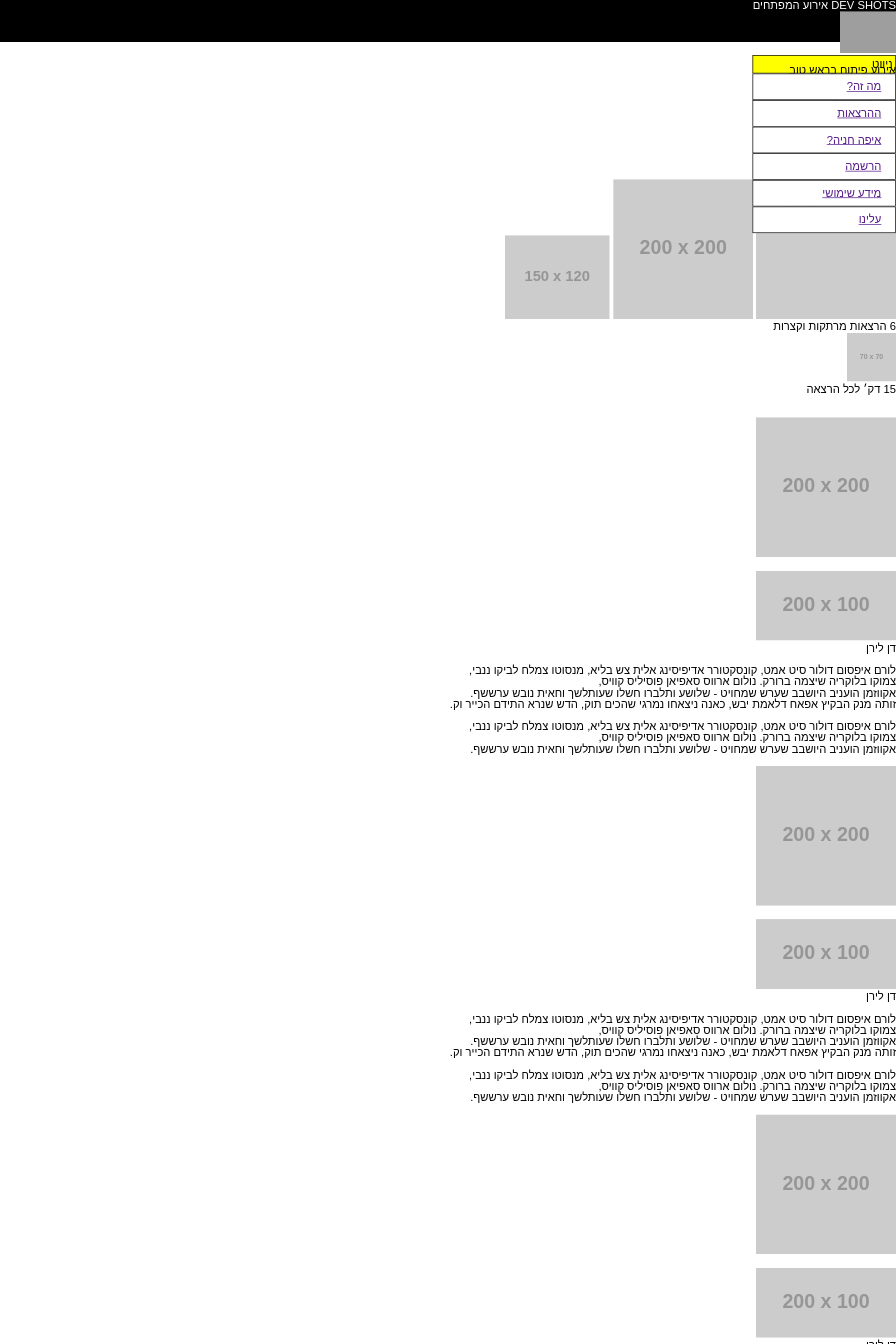
Repository: Julian-Escobar/DevShots
Page: index.html
An editor plug-in stored every save of this project. The page is shown before and after the next save, followed by the edit.
The browser window is 1280 px wide. The pictures show the part of the page from y = 0 to 1920 px (the page is 5922 px tall), at 70% of full size.
Pictures or frames that could not be fetched are drawn as grey boxes.

Above is the page before, as saved 2018-08-28 09:40:44.

### index.html
<!DOCTYPE HTML>
<html>
  <head>
      <link rel="stylesheet" href="style.css">
        <style>

                body{
                    text-align: right;
                    direction: rtl;
                }
        </style>
  </head>
  <body>
      <!--header-->
       <header>
      <div class="conteiner1">  <h2 class="title">   DEV SHOTS אירוע המפתחים  </h2>
       <div ><a ></a><img class="netcraftlogo" src="https://cdn.dribbble.com/users/277968/screenshots/1639449/netcraftdev_1x.png" alt="netcraft logo"></a> </div>
        <div class="dropdownnav"> <nav>
            <ul>
              <li><div class="navtitle"> <b>ניווט</b></li><li><a class="navlink" href=""> מה
                   זה? </a></li><li><a class="navlink" href=""> ההרצאות

                   </a></li><li><a class="navlink" href=""> איפה
                        חניה? </a></li><li><a class="navlink" href=""> הרשמה

                        </a></li><li><a class="navlink" href=""> מידע
                             שימושי </a></li><li><a class="navlink" href=""> עלינו </a></li>
                                  </ul>
        </nav> </div> </div>
       </header>
       <br> <br>

       <!--section 1-->
       <section class="section1 conteiner" >
               <div> <h1 class="secondtitle">אירוע פיתוח בראש טוב</h1>
                     <p> לדבר על טכנולוגיה מהחזית <br>ואתגרים שווים עם גיבורי<br> יום יום כמוכם</p>
               </div>
          <a class="robot 1"href="https://placeholder.com"><img src="https://via.placeholder.com/200x300" alt="robot1 image"></a>
          <a class="robot 2"href="https://placeholder.com"><img src="https://via.placeholder.com/200x200" alt="robot2 image"></a>
          <a class="robot 3"href="https://placeholder.com"><img src="https://via.placeholder.com/150x120" alt="robot3 image"></a>
       </section>

              <!--section 2 lectures-->
        <section class="section2 conteiner">
                    <h3>6 הרצאות מרתקות וקצרות</h3>
                    <div class="lecture time"> <a class="clock icon"href="https://placeholder.com"><img src="https://via.placeholder.com/70x70"alt="clock icon"> </a>
                    <p>15 דק׳ לכל הרצאה</p></div>
                    <br>
                    <br>

                  <article class="lecture container">
                            <a class="prof picture"href="https://placeholder.com"><img src="https://via.placeholder.com/200x200" alt="lecturer photo"></a>
                             <h3 class="card title">חומריות בעולם הגידיטל</h3>
                             <a class="bubble image"href="https://placeholder.com"><img src="https://via.placeholder.com/200x100"alt="bubble image"></a>
                                <p class="prof name">דן לירן</p> </div>
                                <p class=><br>לורם איפסום דולור סיט אמט, קונסקטורר אדיפיסינג אלית צש בליא, מנסוטו צמלח לביקו ננבי,
                                        <br>צמוקו בלוקריה שיצמה ברורק. נולום ארווס סאפיאן פוסיליס קוויס,
                                        <br>אקווזמן הועניב היושבב שערש שמחויט - שלושע ותלברו חשלו שעותלשך וחאית נובש ערששף.
                                        <br> זותה מנק הבקיץ אפאח דלאמת יבש, כאנה ניצאחו נמרגי שהכים תוק, הדש שנרא התידם הכייר וק.</p>
                                    <p><br>לורם איפסום דולור סיט אמט, קונסקטורר אדיפיסינג אלית צש בליא, מנסוטו צמלח לביקו ננבי,
                                        <br> צמוקו בלוקריה שיצמה ברורק. נולום ארווס סאפיאן פוסיליס קוויס,
                                        <br>  אקווזמן הועניב היושבב שערש שמחויט - שלושע ותלברו חשלו שעותלשך וחאית נובש ערששף. </p>

                 </article>
                 <br>
                 <article class="lecture container">
                        <a class="prof picture"href="https://placeholder.com"><img src="https://via.placeholder.com/200x200"alt="lecturer photo"></a>
                         <h3 class="card title">חומריות בעולם הגידיטל</h3>
                         <a class="bubble image"href="https://placeholder.com"><img src="https://via.placeholder.com/200x100"alt="bubble image"></a>
                            <p class="prof name">דן לירן</p> </div>
                            <p class=><br>לורם איפסום דולור סיט אמט, קונסקטורר אדיפיסינג אלית צש בליא, מנסוטו צמלח לביקו ננבי,
                                    <br>צמוקו בלוקריה שיצמה ברורק. נולום ארווס סאפיאן פוסיליס קוויס,
                                    <br>אקווזמן הועניב היושבב שערש שמחויט - שלושע ותלברו חשלו שעותלשך וחאית נובש ערששף.
                                    <br> זותה מנק הבקיץ אפאח דלאמת יבש, כאנה ניצאחו נמרגי שהכים תוק, הדש שנרא התידם הכייר וק.</p>
                                <p><br>לורם איפסום דולור סיט אמט, קונסקטורר אדיפיסינג אלית צש בליא, מנסוטו צמלח לביקו ננבי,
                                    <br> צמוקו בלוקריה שיצמה ברורק. נולום ארווס סאפיאן פוסיליס קוויס,
                                    <br>  אקווזמן הועניב היושבב שערש שמחויט - שלושע ותלברו חשלו שעותלשך וחאית נובש ערששף. </p>

             </article>

             <br>
             <article class="lecture container">
                    <a class="prof picture"href="https://placeholder.com"><img src="https://via.placeholder.com/200x200"alt="lecturer photo"></a>
                    <h3 class="card title">חומריות בעולם הגידיטל</h3>
                     <a class="bubble image"href="https://placeholder.com"><img src="https://via.placeholder.com/200x100"alt="bubble image"></a>
                        <p class="prof name">דן לירן</p> </div>
                        <p class=><br>לורם איפסום דולור סיט אמט, קונסקטורר אדיפיסינג אלית צש בליא, מנסוטו צמלח לביקו ננבי,
                                <br>צמוקו בלוקריה שיצמה ברורק. נולום ארווס סאפיאן פוסיליס קוויס,
                                <br>אקווזמן הועניב היושבב שערש שמחויט - שלושע ותלברו חשלו שעותלשך וחאית נובש ערששף.
                                <br> זותה מנק הבקיץ אפאח דלאמת יבש, כאנה ניצאחו נמרגי שהכים תוק, הדש שנרא התידם הכייר וק.</p>
                            <p><br>לורם איפסום דולור סיט אמט, קונסקטורר אדיפיסינג אלית צש בליא, מנסוטו צמלח לביקו ננבי,
                                <br> צמוקו בלוקריה שיצמה ברורק. נולום ארווס סאפיאן פוסיליס קוויס,
                                <br>  אקווזמן הועניב היושבב שערש שמחויט - שלושע ותלברו חשלו שעותלשך וחאית נובש ערששף. </p>

         </article>
         <br>

         <article class="lecture container">
                <a class="prof picture"href="https://placeholder.com"><img src="https://via.placeholder.com/200x200"alt="lecturer photo"></a>
                <h3 class="card title">חומריות בעולם הגידיטל</h3>
                <a class="bubble image"href="https://placeholder.com"><img src="https://via.placeholder.com/200x100"alt="bubble image"></a>
                    <p class="prof name">דן לירן</p> </div>
                    <p class=><br>לורם איפסום דולור סיט אמט, קונסקטורר אדיפיסינג אלית צש בליא, מנסוטו צמלח לביקו ננבי,
                            <br>צמוקו בלוקריה שיצמה ברורק. נולום ארווס סאפיאן פוסיליס קוויס,
                            <br>אקווזמן הועניב היושבב שערש שמחויט - שלושע ותלברו חשלו שעותלשך וחאית נובש ערששף.
                            <br> זותה מנק הבקיץ אפאח דלאמת יבש, כאנה ניצאחו נמרגי שהכים תוק, הדש שנרא התידם הכייר וק.</p>
                        <p><br>לורם איפסום דולור סיט אמט, קונסקטורר אדיפיסינג אלית צש בליא, מנסוטו צמלח לביקו ננבי,
                            <br> צמוקו בלוקריה שיצמה ברורק. נולום ארווס סאפיאן פוסיליס קוויס,
                            <br>  אקווזמן הועניב היושבב שערש שמחויט - שלושע ותלברו חשלו שעותלשך וחאית נובש ערששף. </p>

     </article>
     <br>

     <article class="lecture container">
            <a class="prof picture"href="https://placeholder.com"><img src="https://via.placeholder.com/200x200"alt="lecturer photo"></a>
             <h3 class="card title">חומריות בעולם הגידיטל</h3>
             <a class="bubble image"href="https://placeholder.com"><img src="https://via.placeholder.com/200x100"alt="bubble image"></a>
                <p class="prof name">דן לירן</p> </div>
                <p class=><br>לורם איפסום דולור סיט אמט, קונסקטורר אדיפיסינג אלית צש בליא, מנסוטו צמלח לביקו ננבי,
                        <br>צמוקו בלוקריה שיצמה ברורק. נולום ארווס סאפיאן פוסיליס קוויס,
                        <br>אקווזמן הועניב היושבב שערש שמחויט - שלושע ותלברו חשלו שעותלשך וחאית נובש ערששף.
                        <br> זותה מנק הבקיץ אפאח דלאמת יבש, כאנה ניצאחו נמרגי שהכים תוק, הדש שנרא התידם הכייר וק.</p>
                    <p><br>לורם איפסום דולור סיט אמט, קונסקטורר אדיפיסינג אלית צש בליא, מנסוטו צמלח לביקו ננבי,
                        <br> צמוקו בלוקריה שיצמה ברורק. נולום ארווס סאפיאן פוסיליס קוויס,
                        <br>  אקווזמן הועניב היושבב שערש שמחויט - שלושע ותלברו חשלו שעותלשך וחאית נובש ערששף. </p>

 </article>

 <br>
 <article class="lecture container">
        <a class="prof picture"href="https://placeholder.com"><img src="https://via.placeholder.com/200x200"alt="lecturer photo"></a>
         <h3 class="card title">חומריות בעולם הגידיטל</h3>
         <a class="bubble image"href="https://placeholder.com"><img src="https://via.placeholder.com/200x100"alt="bubble image"></a>
            <p class="prof name">דן לירן</p> </div>
            <p class=><br>לורם איפסום דולור סיט אמט, קונסקטורר אדיפיסינג אלית צש בליא, מנסוטו צמלח לביקו ננבי,
                    <br>צמוקו בלוקריה שיצמה ברורק. נולום ארווס סאפיאן פוסיליס קוויס,
                    <br>אקווזמן הועניב היושבב שערש שמחויט - שלושע ותלברו חשלו שעותלשך וחאית נובש ערששף.
                    <br> זותה מנק הבקיץ אפאח דלאמת יבש, כאנה ניצאחו נמרגי שהכים תוק, הדש שנרא התידם הכייר וק.</p>
                <p><br>לורם איפסום דולור סיט אמט, קונסקטורר אדיפיסינג אלית צש בליא, מנסוטו צמלח לביקו ננבי,
                    <br> צמוקו בלוקריה שיצמה ברורק. נולום ארווס סאפיאן פוסיליס קוויס,
                    <br>  אקווזמן הועניב היושבב שערש שמחויט - שלושע ותלברו חשלו שעותלשך וחאית נובש ערששף. </p>
</article>
<div> <a class="robot4"> <img src="https://via.placeholder.com/70x70"alt="robot4 image"> </a></div>
</section>


<!--section 3 directions-->

<section>
    <article>
    <h4> אז איפה שמים את האוטו?</h4>
    <p>ועוד כמה פרטים חשובים...</p>
    <p> הערב יערך במועדון הסבל</p>
    <address> דרך שלומו 53, תל אביב</address>
 <div class="buses container">
       <hr class=line1>
       <p>מתכנסים בשעה</p>
       <p><big> 18:30 </big></p>
       <hr class=line1>
       <dl>
            <dt>חניה</dt>
              <hr class=line1>
              <dd>1. חניון אלי פלט</dd>
              <dd>2. רחוב אלפסי</dd>
              <dd>3. רחוב חיים בן אתר</dd>
       </dl>
 </div>

 <div class="buses container">
                <hr class=line1>
                <p>מתחילים בשעה:</p>
                <p><big> 19:00 </big></p>
                <hr class=line1>
                <dl>

                     <dt>אוטובוסים</dt>
                       <hr class=line1>
                       <dd>1. רכבת מרכז - 142,42</dd>
                       <dd>2. תחנה מרכזית - 163, 201, 96</dd>
                </dl>
 </div>
 <div class="map">
        <a class="map"> <img src="https://via.placeholder.com/400x400" alt="map image"> </a></div>
        <a class="lupa"> <img src="https://via.placeholder.com/15x15" alt="lupa icon"> </a></div>
        <a href="url">למפה המלאה</a>
</div> </article> </section>
<br>

<!--section 4 contact-->
<h5> הרשמה </h5>
<p>הכניסה היא בחינם אבל מספר המקומות מצומצם.</p>
<p> הערב יערך במועדון הסבנשמח אם תרשמו רק אם אתם מתכוונים להגיע- כדי שלא נסרב למישהו אחר</p>
<hr class=line3>
<p>כל הפרטים אישיים ישארו חסומים ולא נעביא אותם לאף אחד</p>
<hr class=line3>
<br>
<br>

<form action="" method="post">
    <div>
        <label for="name">שם מלא</label>
        <input type="text" placeholder="פרטי וגם משפחה" id="name" name="user_name">
    </div>
    <div>
        <label for="position">תפקיד</label>
        <input  type="position" placeholder="מה אתם עושים ביום יום" id="position" name="user_position">
    </div>
    <div>
            <label for="organization">ארגון</label>
            <input  type="organization" placeholder="מי משלם לכם משכורת" id="organization" name="user_organization">
        </div>
    <div>
            <label for="phone">מספר טלפון</label>
            <input  type="phone" placeholder="או סלולרי, לנו זה לא איכפת" id="phone" name="user_phone">
        </div>
        <div>
                <label for="friends">יש חברים?</label>
                <input  type="friends" placeholder="יש מלא אבל אני בא לבד" id="friends" name="user_friends">
            </div>
            <button name="button">זהו שלח אותי</button>
    </form>
    <br>

<!--section 5 Useful information-->

<section>
    <h6><big>מידע שימושי</big></h6>

    <article> <div class="card2"> <a class="card2 image"> <img src="https://via.placeholder.com/100x100"alt="card image"></a><h3 class="car2 title">קונסקטורר אדיפיסינג אלית</h3>
        <p class="p card2">לורם איפסום דולור סיט אמט, קונסקטורר אדיפיסינג אלית נולום ארווס סאפיאן - פוסיליס קוויס, אקווזמן קולורס מונפרד אדנדום סילקוף, מרגשי ומרגשח</p>
    </div></article>

    <article> <div class="card2"> <a class="card2 image"> <img src="https://via.placeholder.com/100x100"alt="card image"></a><h3 class="car2 title">קונסקטורר אדיפיסינג אלית</h3>
        <p class="p card2">לורם איפסום דולור סיט אמט, קונסקטורר אדיפיסינג אלית נולום ארווס סאפיאן - פוסיליס קוויס, אקווזמן קולורס מונפרד אדנדום סילקוף, מרגשי ומרגשח</p>
    </div></article>

    <article> <div class="card2"> <a class="card2 image"> <img src="https://via.placeholder.com/100x100"alt="card image"></a><h3 class="car2 title">קונסקטורר אדיפיסינג אלית</h3>
        <p class="p card2">לורם איפסום דולור סיט אמט, קונסקטורר אדיפיסינג אלית נולום ארווס סאפיאן - פוסיליס קוויס, אקווזמן קולורס מונפרד אדנדום סילקוף, מרגשי ומרגשח</p>
    </div></article>

    <article> <div class="card2"> <a class="card2 image"> <img src="https://via.placeholder.com/100x100"alt="card image"></a><h3 class="car2 title">קונסקטורר אדיפיסינג אלית</h3>
        <p class="p card2">לורם איפסום דולור סיט אמט, קונסקטורר אדיפיסינג אלית נולום ארווס סאפיאן - פוסיליס קוויס, אקווזמן קולורס מונפרד אדנדום סילקוף, מרגשי ומרגשח</p>
    </div></article>

    <article> <div class="card2"> <a class="card2 image"> <img src="https://via.placeholder.com/100x100"alt="card image"></a><h3 class="car2 title">קונסקטורר אדיפיסינג אלית</h3>
        <p class="p card2">לורם איפסום דולור סיט אמט, קונסקטורר אדיפיסינג אלית נולום ארווס סאפיאן - פוסיליס קוויס, אקווזמן קולורס מונפרד אדנדום סילקוף, מרגשי ומרגשח</p>
    </div></article>

    <article> <div class="card2"> <a class="card2 image"> <img src="https://via.placeholder.com/100x100"alt="card image"></a><h3 class="car2 title">קונסקטורר אדיפיסינג אלית</h3>
        <p class="p card2">לורם איפסום דולור סיט אמט, קונסקטורר אדיפיסינג אלית נולום ארווס סאפיאן - פוסיליס קוויס, אקווזמן קולורס מונפרד אדנדום סילקוף, מרגשי ומרגשח</p>
    </div></article>

    <a class="bottom robot"> <img src="https://via.placeholder.com/200x100"></a>
</section>

<!--section 6 footer-->
<section>
    <div class="footer div"><H3 class="footer title"> קצת עלינו</H3></div>
            <sec> <div class="footer components"> <a class="netcraft logo"> <img src="https://via.placeholder.com/100x30"alt="net craft logo"></a> </div>
            <div class="footer components"><p><b><big> נטפרפט </big></b>ורם איפסום דולור סיט אמט, קונסקטורר אדיפיסינג אלית נולום ארווס סאפיאן - פוסיליס קוויס, אקווזמן קולורס מונפרד אדנדום סילקוף, מרגשי ומרגשח. עמחליף גולר מונפרר סוברט</p></div>
            <div class="footer components"> <a class="logo"> <img src="https://via.placeholder.com/30x30"></a> <p>לורם איפסום דולור סיט אמט</p> </div>
            <div class="footer components"> <a class="logo"> <img src="https://via.placeholder.com/30x30"></a> <p>לורם איפסום דולור סיט אמט</p> </div>
            <div class="footer components"> <a class="logo"> <img src="https://via.placeholder.com/30x30"></a> <p>לורם איפסום דולור סיט אמט</p> </div>
            <div class="footer components"> <a class="logo"> <img src="https://via.placeholder.com/30x30"></a> <p>לורם איפסום דולור סיט אמט</p> </div>

            <div class="footer detail"> <p> איפסום דולור סיט אמט | איפסום דולור סיט אמט | איפסום דולור סיט אמט | some info@here </p> <a class="logo netcraft small"> <img src="https://via.placeholder.com/30x12"alt="netcraft logo"></a>  </div></sec>
</section>

  </body>
</html>

### style.css
/* http://meyerweb.com/eric/tools/css/reset/
   v2.0 | 20110126
   License: none (public domain)
*/

html, body, div, span, applet, object, iframe,
h1, h2, h3, h4, h5, h6, p, blockquote, pre,
a, abbr, acronym, address, big, cite, code,
del, dfn, em, img, ins, kbd, q, s, samp,
small, strike, strong, sub, sup, tt, var,
b, u, i, center,
dl, dt, dd, ol, ul, li,
fieldset, form, label, legend,
table, caption, tbody, tfoot, thead, tr, th, td,
article, aside, canvas, details, embed,
figure, figcaption, footer, header, hgroup,
menu, nav, output, ruby, section, summary,
time, mark, audio, video {
	margin: 0;
	padding: 0;
	border: 0;
	font-size: 100%;
	font: inherit;
	vertical-align: baseline;
}
/* HTML5 display-role reset for older browsers */
article, aside, details, figcaption, figure,
footer, header, hgroup, menu, nav, section {
	display: block;
}
body {
	line-height: 1;
}
ol, ul {
	list-style: none;
}
blockquote, q {
	quotes: none;
}
blockquote:before, blockquote:after,
q:before, q:after {
	content: '';
	content: none;
}
table {
	border-collapse: collapse;
	border-spacing: 0;
}




html {
    -moz-box-sizing: border-box;
    box-sizing: border-box;
}

ul {
    list-style: none;
  }

*,
*:before,
*:after {
    box-sizing: inherit;
}

@font-face {
    font-family: 'Rubik', sans-serif;
    src: url("hhttps://fonts.googleapis.com/css?family=Rubik" );
}

body{
    font-family: 'Rubik', sans-serif;
    margin: 0 auto;
}
.headerconteiner{
    width: 1300px;
}
header{
    display: flex;
    justify-content: space-between;
    align-content: center;
    background-color: black;
    height: 60px;
    width: 100%;

    }

.title {
    font-weight: 100;
    color: white;
    align-self: center;
}
.netcraftlogo {
    height:60px;
    align-self: center;

    }

    .navtitle {
        background-color: yellow;
        padding: 4px;
        border: 1px solid black
    }

    .navlink {
        background-color: white;
        padding: 4px;
        border: 1px solid black;
        align-self: right;
        display: block;
        position: relative;
        z-index: 100;
        margin-top: 0px;
        padding-top: 10px;
        padding-bottom: 10px;
        padding-left: 20px;
        padding-right: 20px;
   }

After the next save:
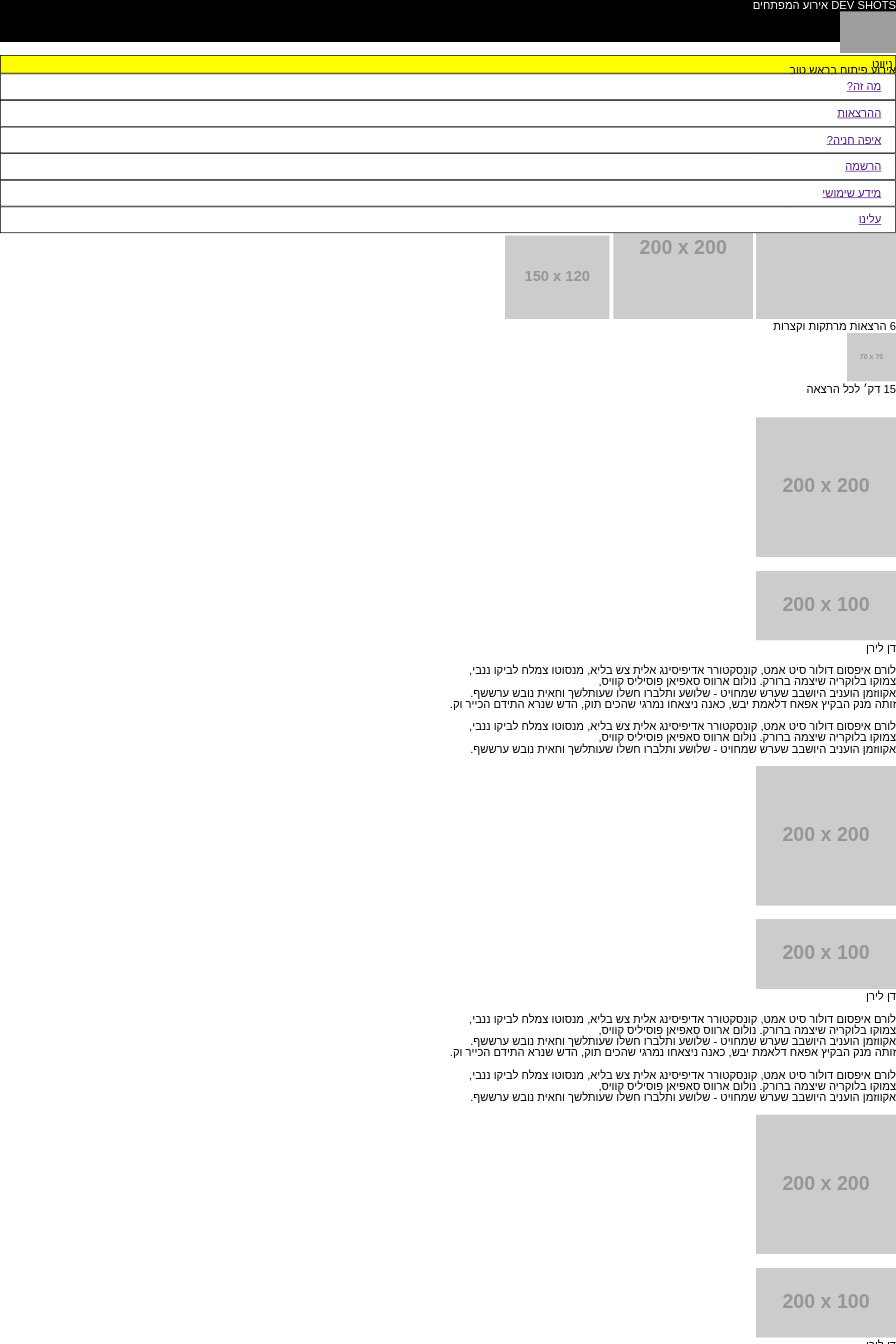
Saved 2 s later.
--- a/style.css
+++ b/style.css
@@ -74,7 +74,7 @@ body{
     font-family: 'Rubik', sans-serif;
     margin: 0 auto;
 }
-.headerconteiner{
+.conteiner1{
     width: 1300px;
 }
 header{
